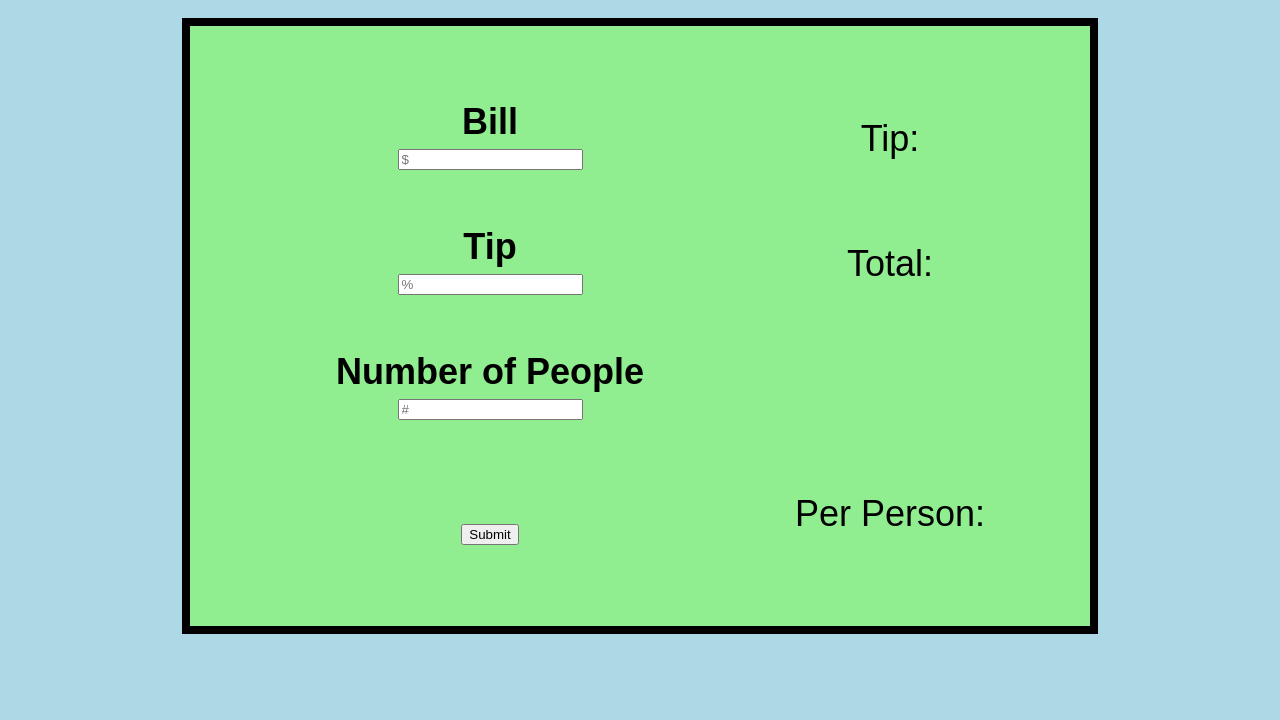
Repository: SamirIngley/Tip-Calculator
Page: tip_display.html
An editor plug-in stored every save of this project. The page is shown before and after the next save, followed by the edit.
The browser window is 1280 px wide. The pictures show the whole page.

Above is the page before, as saved 2020-02-13 11:06:41.

After the next save:
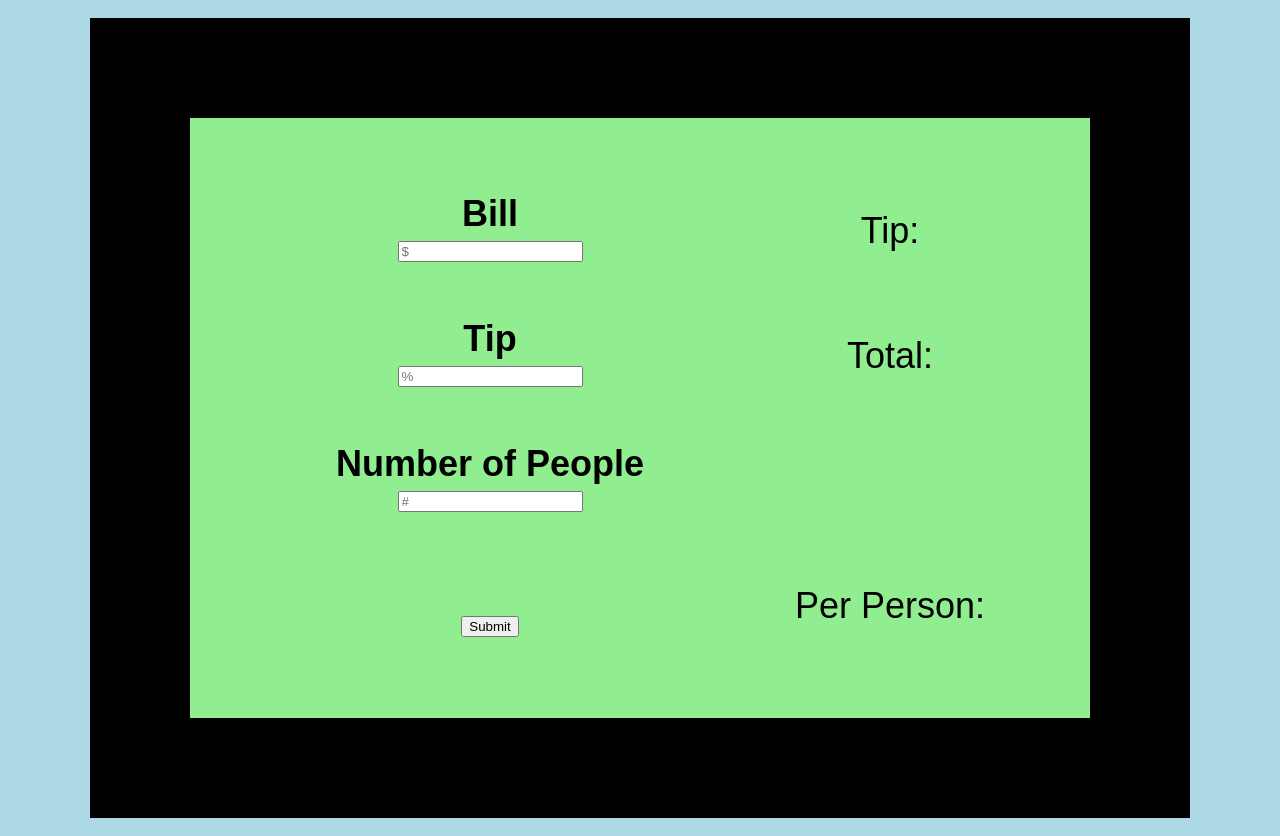
Saved 4 s later.
--- a/style.css
+++ b/style.css
@@ -32,7 +32,7 @@ body {
     margin: 10px;
     padding: 50px;
     border-style: solid;
-    border-width: 8px;
+    border-width: 100px;
     border-color: black;
 }
 
